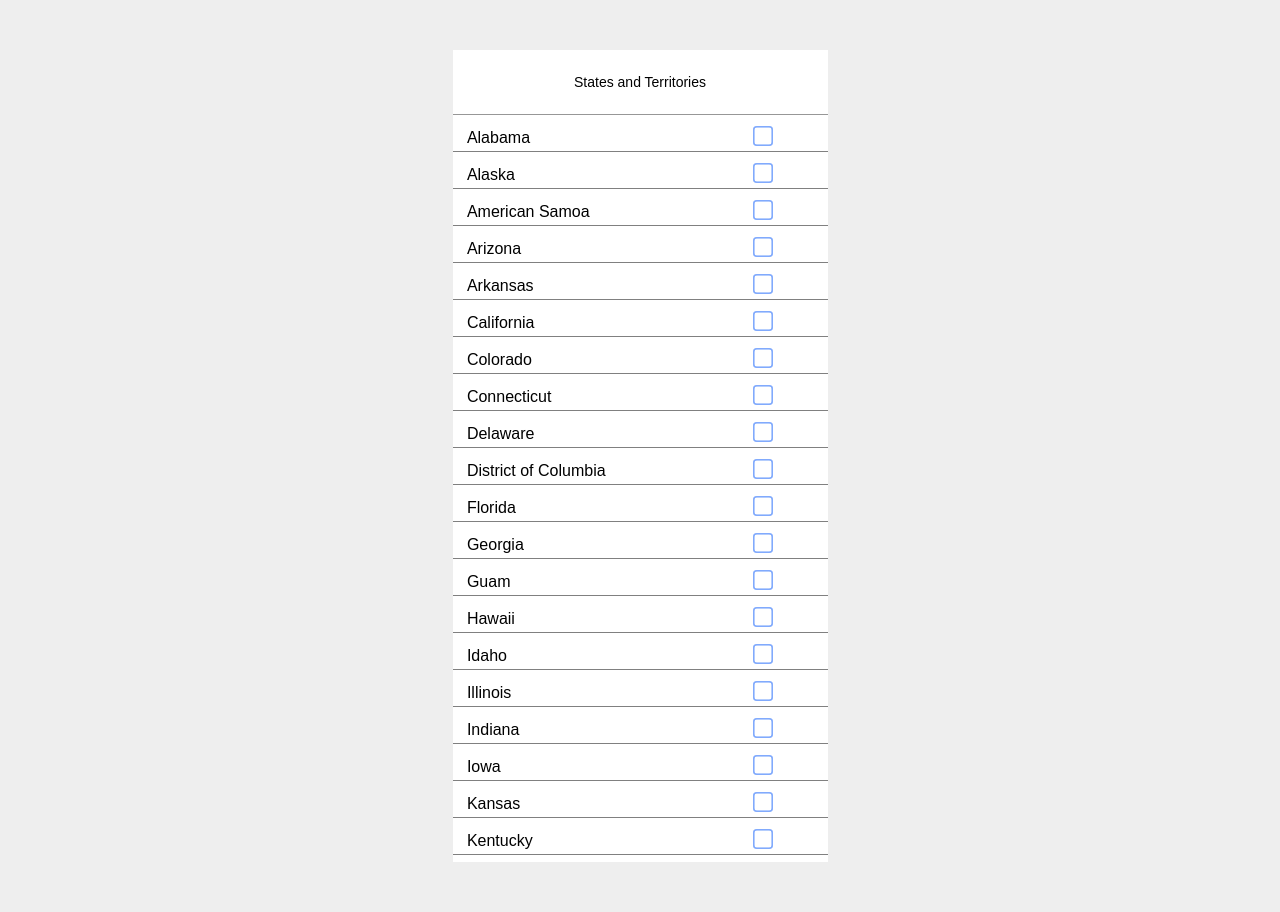
Repository: zitac234/codingTest
Page: /
The author's editor kept a copy of each file at every save. The page is drawn from the files as they stood at one save, then again after the next save.
The browser window is 1280 px wide. The pictures show the whole page.
The project was rebuilt for these pictures with package versions that can differ from the ones it lists, and the page was loaded fresh each time.

Above is the page before, as saved 2021-03-31 15:27:36.

### src/index.css
body {
  margin: 0;
  font-family: 'Arial', sans-serif;
  -webkit-font-smoothing: antialiased;
  -moz-osx-font-smoothing: grayscale;
  background-color: #eee;
}

### src/Header.js
import "./Header.css";

export function Header() {
  return (
    <header className="header">
      <span className="title">States and Territories</span>
    </header>
  );
}

### src/List.js
import { Fragment } from "react";
import { Checkbox } from "./Checkbox";
import "./List.css";
export function List(props) {
  return (
    <div className="list">
      {props.items.map((item) => (
        <Fragment key={item}>
          <div className='line'>
            <div className='state'>{item}</div><div className='checkbox'><Checkbox/></div><br />
          {/* You also have <Checkbox selected={false} /> */}
          </div>
          </Fragment>
      ))}
    </div>
  );
}

### src/_data.js
export const data = [
  "Alabama",
  "Alaska",
  "American Samoa",
  "Arizona",
  "Arkansas",
  "California",
  "Colorado",
  "Connecticut",
  "Delaware",
  "District of Columbia",
  "Florida",
  "Georgia",
  "Guam",
  "Hawaii",
  "Idaho",
  "Illinois",
  "Indiana",
  "Iowa",
  "Kansas",
  "Kentucky",
  "Louisiana",
  "Maine",
  "Maryland",
  "Massachusetts",
  "Michigan",
  "Minnesota",
  "Mississippi",
  "Missouri",
  "Montana",
  "Nebraska",
  "Nevada",
  "New Hampshire",
  "New Jersey",
  "New Mexico",
  "New York",
  "North Carolina",
  "North Dakota",
  "Northern Mariana Islands",
  "Ohio",
  "Oklahoma",
  "Oregon",
  "Pennsylvania",
  "Puerto Rico",
  "Rhode Island",
  "South Carolina",
  "South Dakota",
  "Tennessee",
  "Texas",
  "Utah",
  "Vermont",
  "Virgin Islands",
  "Virginia",
  "Washington",
  "West Virginia",
  "Wisconsin",
  "Wyoming"
]

### src/Header.css
.header {
  width: 100%;
  font-size: 14px;
  display: flex;
  border-bottom: 1px solid #979797;
}

.title {
  line-height: 24px;
  margin: 20px auto;
}

### src/Checkbox.js
import selected from "./Checkbox-Filled.svg";
import unselected from "./Checkbox-Empty.svg";

export function Checkbox(props) {
  return (
    <img
      width={20}
      height={20}
      src={props.selected ? selected : unselected}
      alt={`Checkbox ${selected ? "selected" : "unselected"}`}
    />
  );
}

### src/List.css
.list {
  flex: 1;
  overflow: auto;
}
.line{
  height: 3vh;
  margin-top: 2vh;
  border-bottom: 1px solid gray;
}
.checkbox{
  margin-left: 80%;
  margin-top: -3vh;
}
.state{
  margin-left: 2vh;
  margin-top: 2vh;
}

Loaded but not shown: public/index.html (common file); src/index.js (common file); src/App.js (common file); src/App.css (common file)

After the next save:
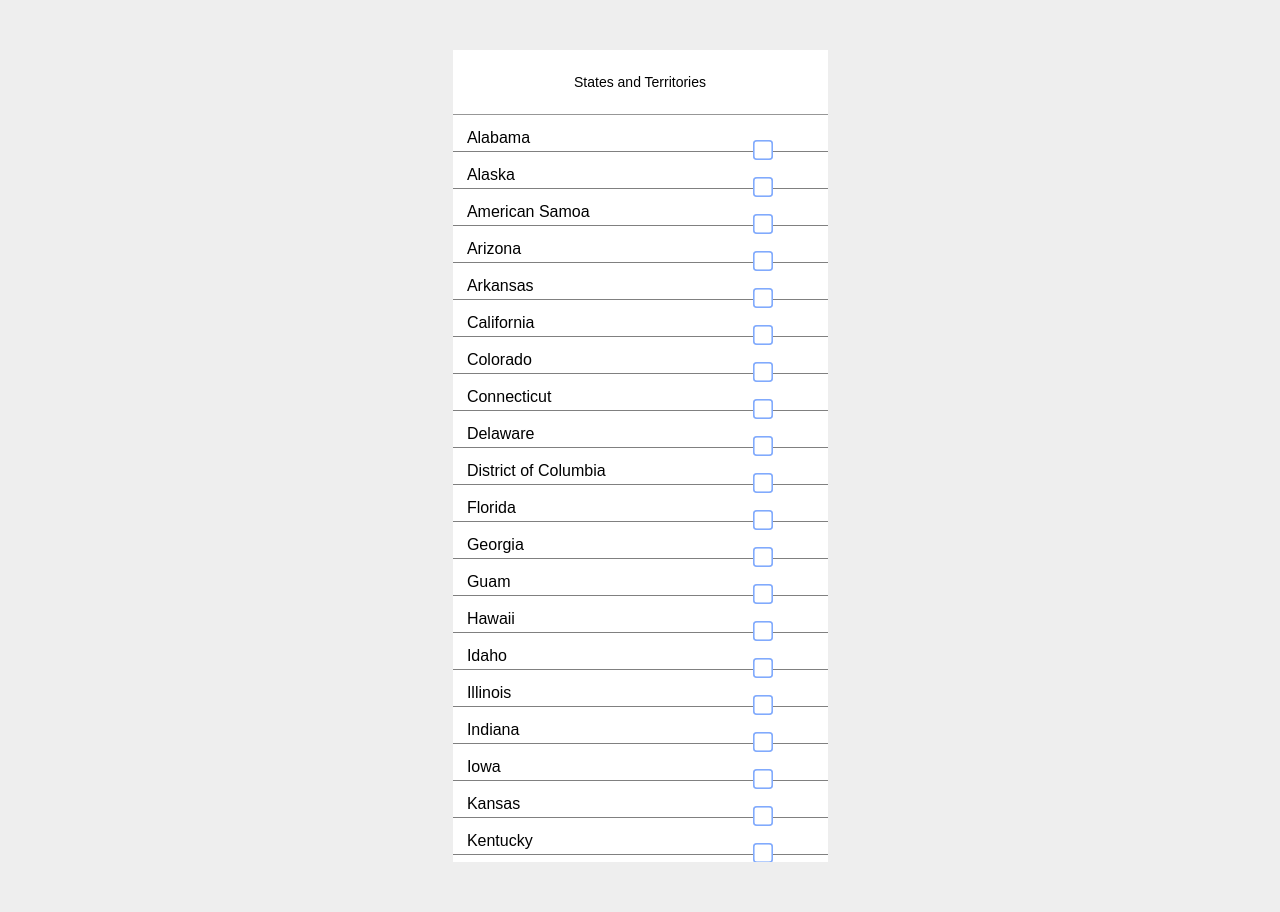
Saved 8 s later.
--- a/src/List.css
+++ b/src/List.css
@@ -13,5 +13,5 @@
 }
 .state{
   margin-left: 2vh;
-  margin-top: 2vh;
+  margin-bottom: 2vh;
 }

After the save that followed:
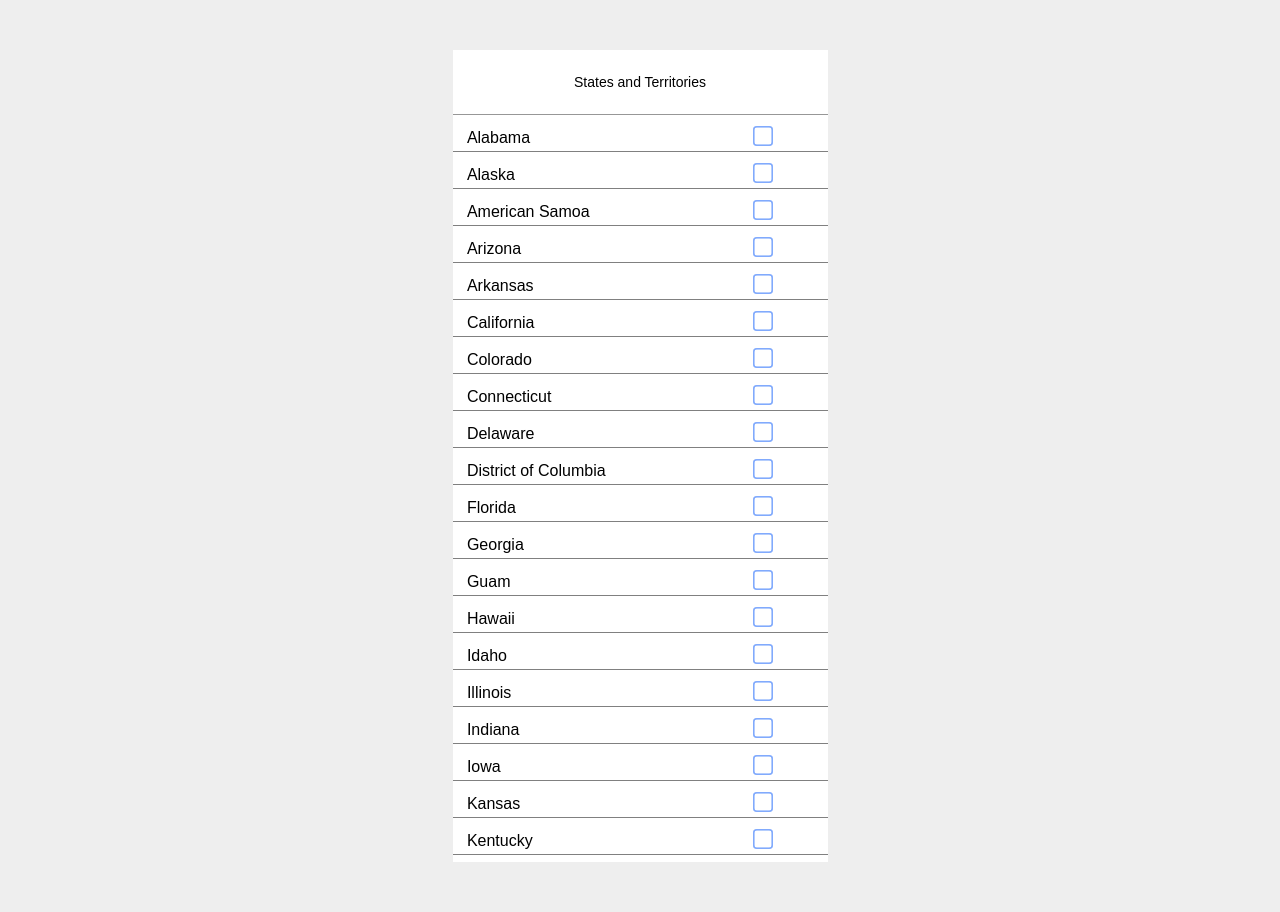
Saved 11 s later.
--- a/src/List.css
+++ b/src/List.css
@@ -13,5 +13,4 @@
 }
 .state{
   margin-left: 2vh;
-  margin-bottom: 2vh;
 }
